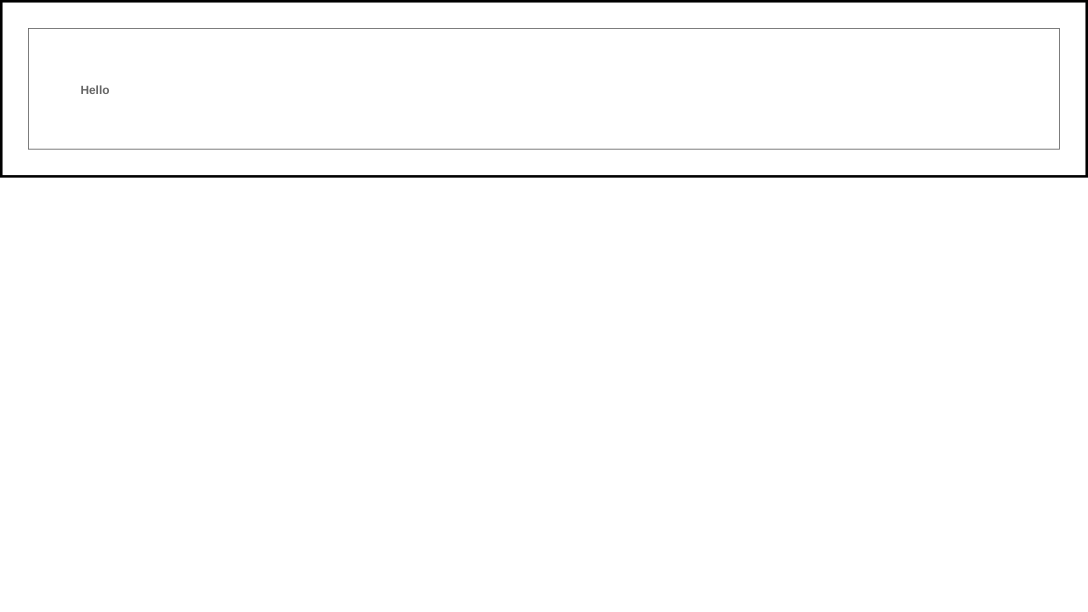
Repository: AravindMarshall/ShoppingCart
Page: http://localhost/Phineas/tester.jsp
These files come from the project's save history. The page is drawn as it stood at one moment and after the next save; the edit follows.
The browser window is 1280 px wide. The pictures show the whole page, at 85% of full size.
The page is served by Tomcat 9.

Above is the page before, as saved 2016-06-11 07:12:15.

After the next save:
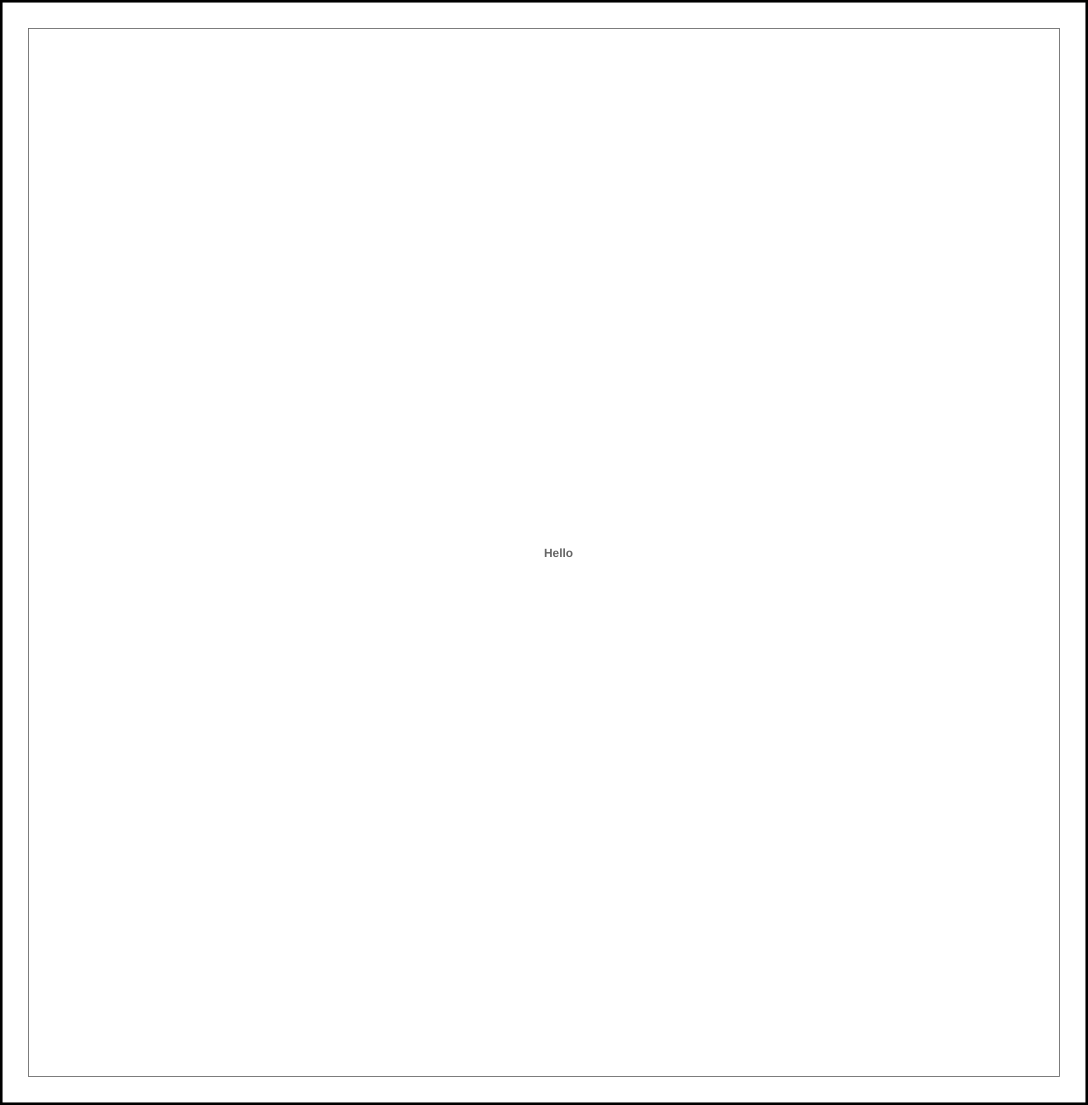
Saved 18 s later.
--- a/NIIT Shopping Cart/Phineas/WebContent/tester.jsp
+++ b/NIIT Shopping Cart/Phineas/WebContent/tester.jsp
@@ -26,7 +26,7 @@ div.background {
 }
 
 div.transbox p {
-     margin: 5%;
+     margin: 50%;
      font-weight: bold;
      color: #000000;
 }
